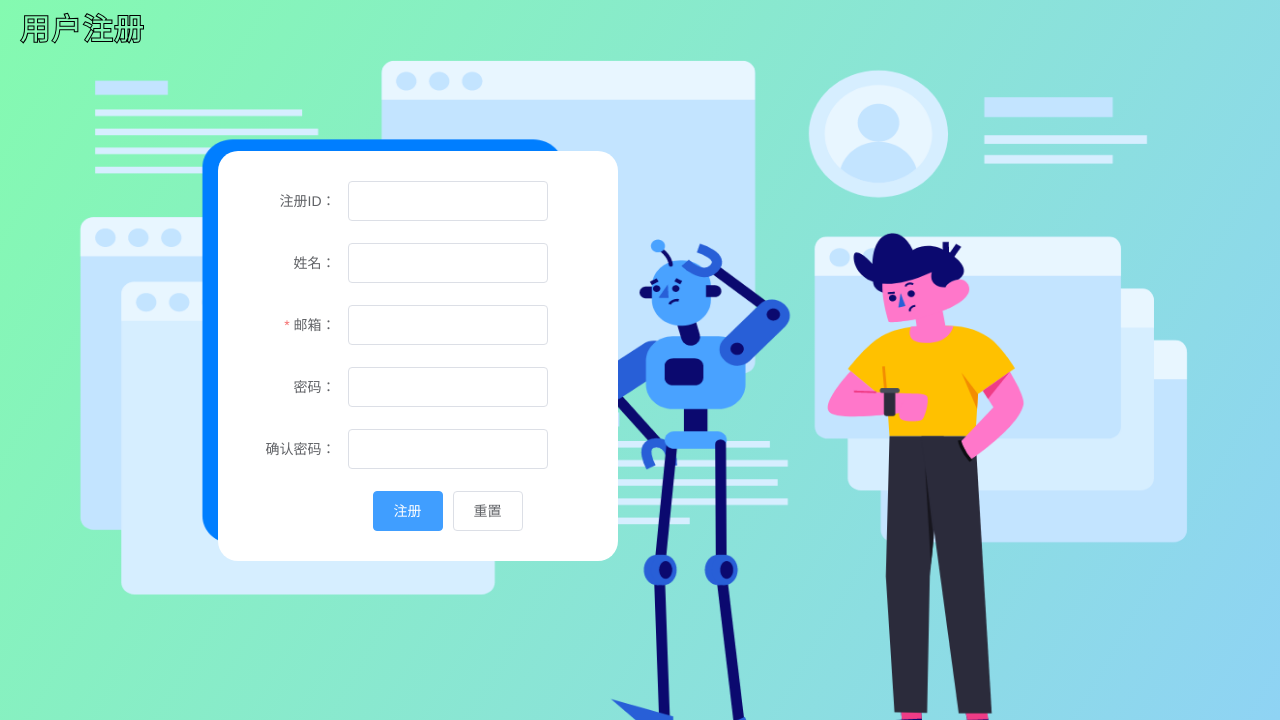
Repository: Akron-xz/helloVue
Page: /#/signup (app in vue-library/)
The author's editor kept a copy of each file at every save. The page is drawn from the files as they stood at one save, then again after the next save.
The browser window is 1280 px wide. The pictures show the whole page.
The project was rebuilt for these pictures with package versions that can differ from the ones it lists, and the page was loaded fresh each time. Also part of the build but not shown: vue-library/src/views/Home.vue.

Above is the page before, as saved 2020-11-24 10:47:05.

After the next save:
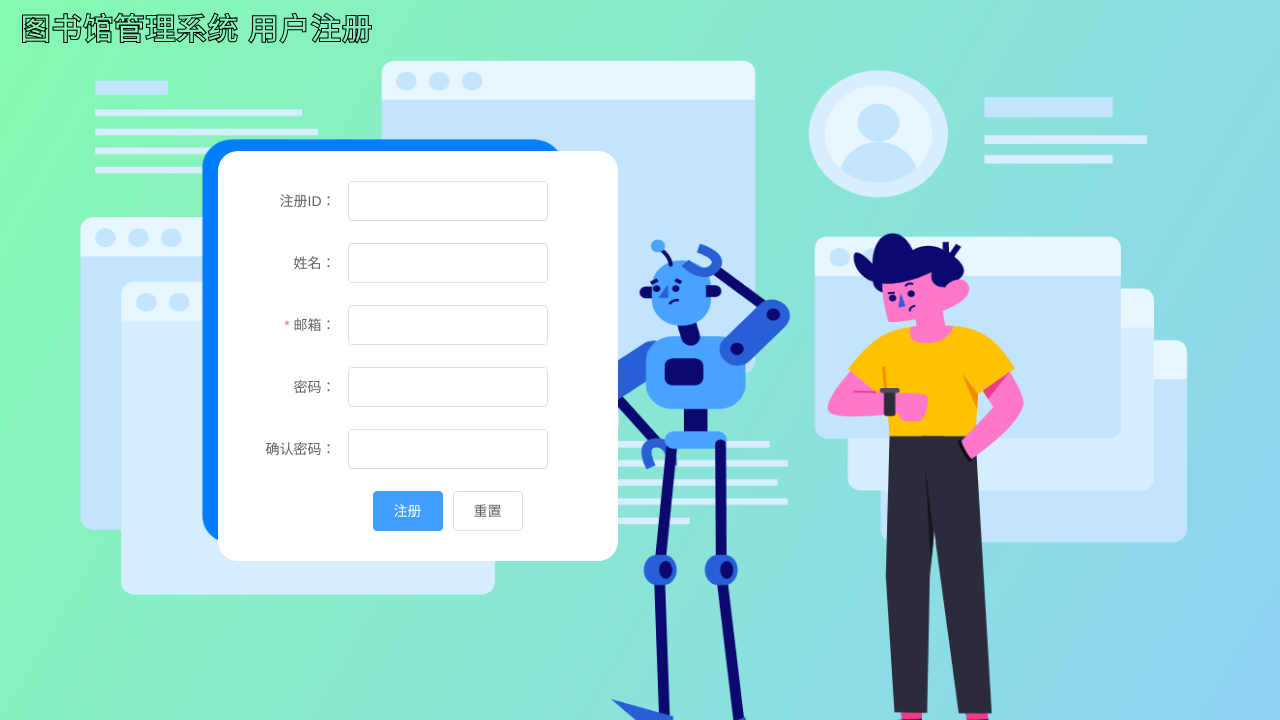
Saved 26 s later.
--- a/vue-library/src/views/SignUp.vue
+++ b/vue-library/src/views/SignUp.vue
@@ -1,6 +1,6 @@
 <template>
   <div class="signup-container">
-    <el-header>用户注册</el-header>
+    <el-header>图书馆管理系统  用户注册</el-header>
     <div class="signUpBox">
       <el-form
         :model="ruleForm2"
@@ -64,7 +64,7 @@
       </el-form>
     </div>
     <div class="img">
-      <img src="/img/signupImg.png" alt="" class="signupImg" />
+      <img src="/img/signupImg.png" alt="" class="signupImg">
     </div>
   </div>
 </template>
@@ -150,12 +150,12 @@ export default {
             },
             { emulateJSON: true }
           ).then((res) => {
-            this.ruleForm2.id = "";
-            this.ruleForm2.name = "";
-            this.ruleForm2.email = "";
-            this.ruleForm2.pwd = "";
-            this.ruleForm2.checkPwd = "";
-            console.log(res);
+            (this.ruleForm2.id = ""),
+              (this.ruleForm2.name = ""),
+              (this.ruleForm2.email = ""),
+              (this.ruleForm2.pwd = ""),
+              (this.ruleForm2.checkPwd = ""),
+              console.log(res);
           });
         } else {
           console.log("error submit!!");
@@ -211,7 +211,7 @@ export default {
   border-radius: 20px;
 }
 
-.signupImg {
+.signupImg{
   height: 680px;
   width: 1200px;
 }
